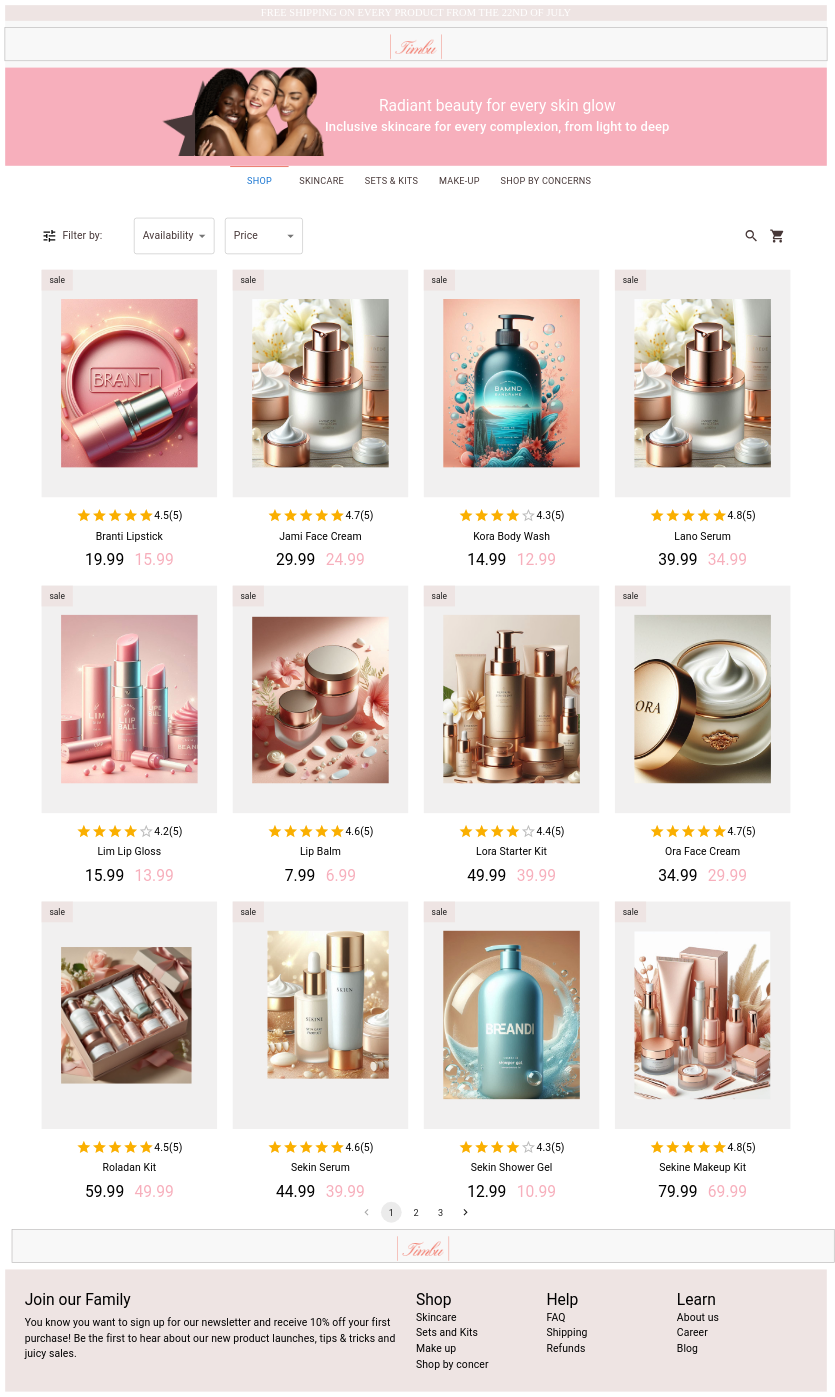
Repository: Armstrong2035/hng-project-two
Page: / (app in timbu-store/)
These files come from the project's save history. The page is drawn as it stood at one moment and after the next save; the edit follows.
The browser window is 1280 px wide. The page is 1284 px wide, so the pictures cover 1284 px, including what lies to the right of the window. The pictures show the whole page, at 65% of full size.
The project was rebuilt for these pictures with package versions that can differ from the ones it lists, and the page was loaded fresh each time. The framework's server and built-in components were replaced by stand-ins that run in the browser. Also part of the build but not shown: timbu-store/next.config.mjs, timbu-store/src/app/fonts.css, timbu-store/components/Products/FiltersMobile.js.

Above is the page before, as saved 2024-07-10 01:28:06.

After the next save:
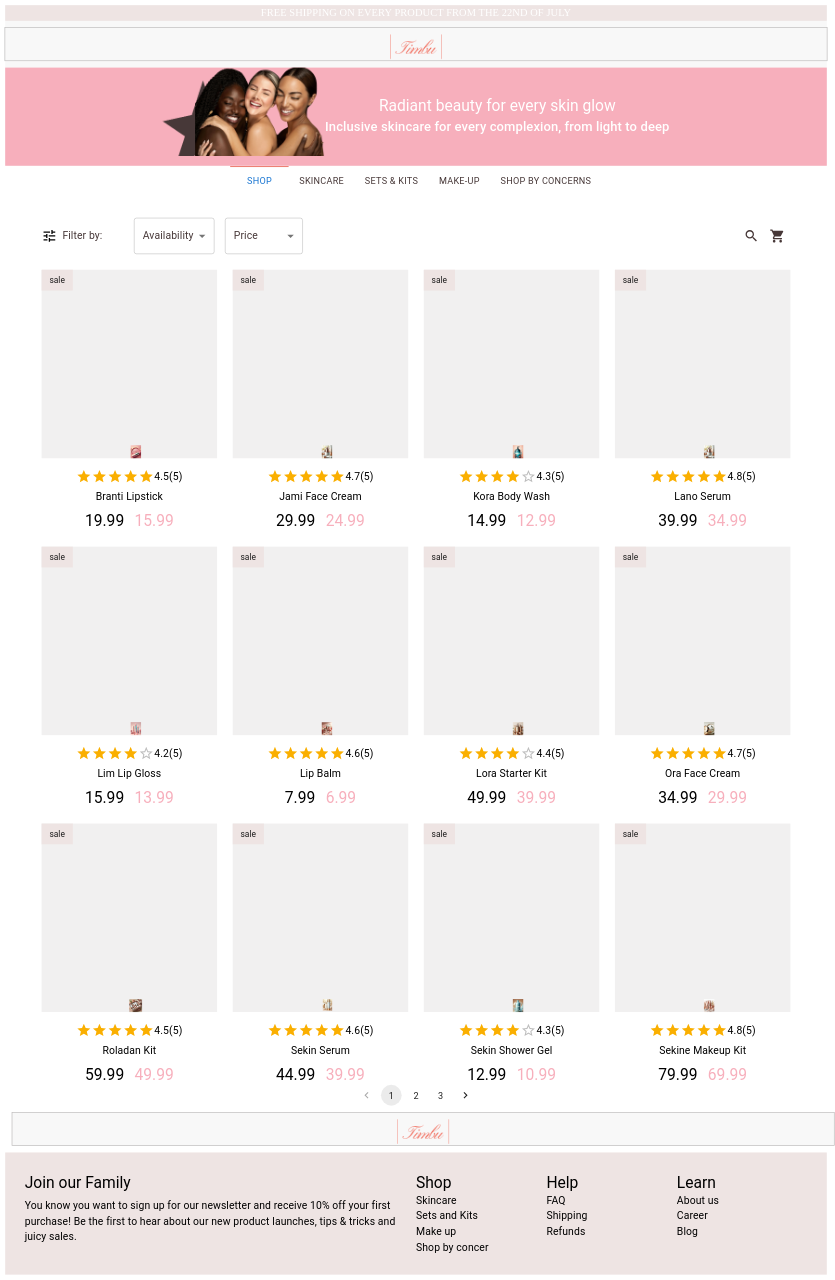
Saved 8 min 22 s later.
--- a/timbu-store/components/Products/ProductList.js
+++ b/timbu-store/components/Products/ProductList.js
@@ -64,24 +64,14 @@ export default function ProductList() {
                     >
                       <Box
                         sx={{
-                          flex: 1,
-                          display: "flex",
-                          alignItems: "center",
-                          justifyContent: "center",
+                          position: "relative",
+                          width: "100%",
+                          paddingTop: "100%", // This creates a 1:1 aspect ratio
                           backgroundColor: "#F1F0F0",
-                          position: "relative",
-                          "&:hover .add-to-cart": {
-                            opacity: 1,
-                          },
-
                           "&:hover": {
                             backgroundColor: "#E6DFDF",
                           },
-
-                          height: "18.125rem",
-                          padding: "1.875rem 1.875rem",
                         }}
-                        elevation={"none"}
                       >
                         <Chip
                           label={"sale"}
